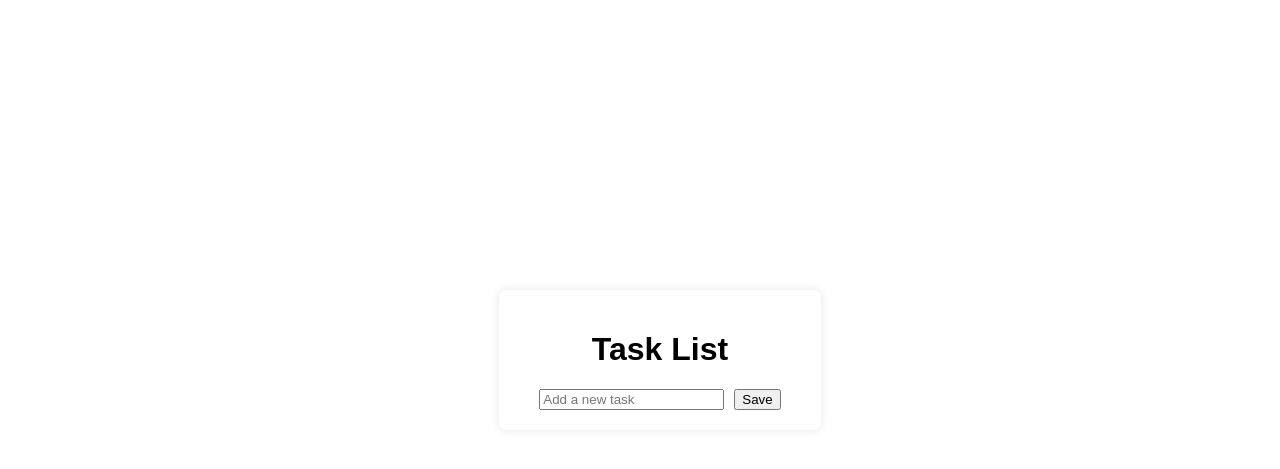
Repository: lpcmendoza/frontend-lab4
Page: /
These files come from the project's save history. The page is drawn as it stood at one moment and after the next save; the edit follows.
The browser window is 1280 px wide. The pictures show the whole page.
The project was rebuilt for these pictures with package versions that can differ from the ones it lists, and the page was loaded fresh each time. Also part of the build but not shown: vite.config.js, src/index.css.

Above is the page before, as saved 2024-10-19 18:57:03.

### src/App.jsx
import React from 'react';
import TaskList from './components/TaskList';
import './App.css'; // Ensure your styles are imported

const App = () => {
    return (
        <div className="container">
            <TaskList />
        </div>
    );
};

export default App;

### src/components/TaskList.jsx
import React, { useState, useEffect } from 'react';

const TaskList = () => {
    const [tasks, setTasks] = useState([]);
    const [inputValue, setInputValue] = useState('');

    // Load tasks from local storage when the component mounts
    useEffect(() => {
        const savedTasks = localStorage.getItem('tasks');
        if (savedTasks) {
            setTasks(JSON.parse(savedTasks));
        }
    }, []);

    // Save tasks to local storage whenever they change
    useEffect(() => {
        localStorage.setItem('tasks', JSON.stringify(tasks));
    }, [tasks]);

    const addTask = () => {
        if (inputValue.trim() !== '') {
            setTasks([...tasks, { text: inputValue, completed: false }]);
            setInputValue(''); // Clear input after adding task
        }
    };

    const toggleTaskCompletion = (index) => {
        const updatedTasks = tasks.map((task, i) =>
            i === index ? { ...task, completed: !task.completed } : task
        );
        setTasks(updatedTasks);
    };

    const removeTask = (index) => {
        const updatedTasks = tasks.filter((_, i) => i !== index);
        setTasks(updatedTasks);
    };

    return (
        <div>
            <h1>Task List</h1>
            <input
                type="text"
                value={inputValue}
                onChange={(e) => setInputValue(e.target.value)}
                placeholder="Add a new task"
            />
            <button onClick={addTask}>Save</button>

            <ul style={{ listStyleType: 'none', padding: 0 }}>
                {tasks.map((task, index) => (
                    <li key={index} style={{ display: 'flex', alignItems: 'center' }}>
                        <input
                            type="checkbox"
                            checked={task.completed}
                            onChange={() => toggleTaskCompletion(index)}
                            style={{ marginRight: '10px' }}
                        />
                        <span
                            style={{
                                textDecoration: task.completed ? 'line-through' : 'none',
                                flexGrow: 1, // Make the span take up available space
                            }}
                        >
                            {task.text}
                        </span>
                        <button onClick={() => removeTask(index)}>Remove</button>
                    </li>
                ))}
            </ul>
        </div>
    );
};

export default TaskList;

### src/App.css
/* App.css */

body {
  font-family: Arial, sans-serif;
  margin: 0; /* Remove default margin */
  height: 100vh; /* Make body full height */
  display: flex; /* Use flexbox */
  justify-content: center; /* Center horizontally */
  align-items: center; /* Center vertically */
}

.container {
  text-align: center; /* Center text inside the container */
  width: 100%; /* Full width for the container */
  max-width: 400px; /* Set a maximum width for the task list */
  padding: 20px; /* Add some padding */
  box-shadow: 0 0 10px rgba(0, 0, 0, 0.1); /* Optional: Add some shadow for aesthetics */
  border-radius: 8px; /* Optional: Rounded corners */
  background-color: #fff; /* Optional: White background for better contrast */
}

ul {
  list-style-type: none; /* Remove bullet points */
  padding: 0; /* Remove padding */
  margin: 0; /* Remove margin */
}

li {
  display: flex; /* Use flexbox to align items */
  align-items: center; /* Center vertically */
  margin: 10px 0; /* Space between tasks */
}

button {
  margin-left: 10px; /* Space between checkbox and button */
}

Loaded but not shown: index.html (common file); src/main.jsx (common file)

After the next save:
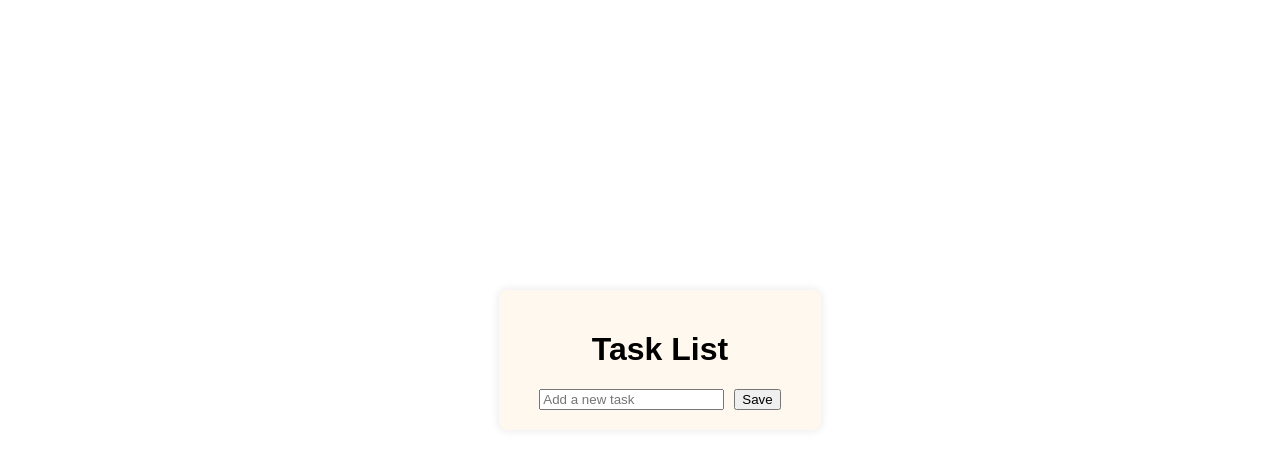
Saved 69 s later.
--- a/src/App.css
+++ b/src/App.css
@@ -16,7 +16,7 @@ body {
   padding: 20px; /* Add some padding */
   box-shadow: 0 0 10px rgba(0, 0, 0, 0.1); /* Optional: Add some shadow for aesthetics */
   border-radius: 8px; /* Optional: Rounded corners */
-  background-color: #fff; /* Optional: White background for better contrast */
+  background-color: #FEF8EF; /* Optional: White background for better contrast */
 }
 
 ul {
